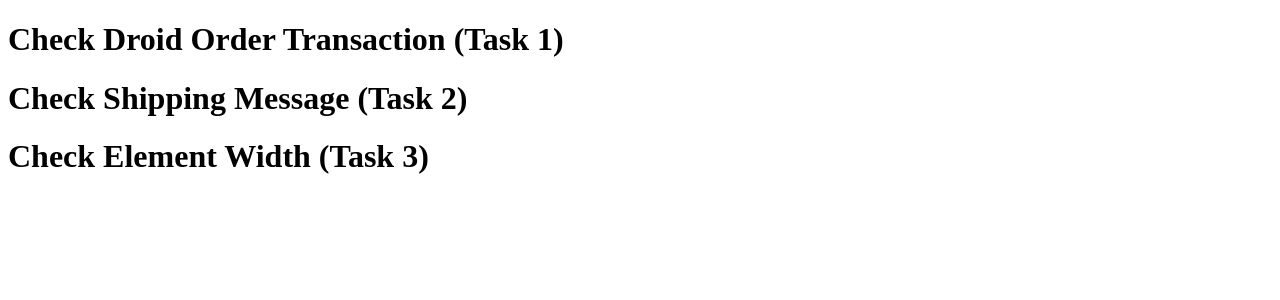
Repository: SvitSh/goit-js-hw-01
Page: js/index.html
These files come from the project's save history. The page is drawn as it stood at one moment and after the next save; the edit follows.
The browser window is 1280 px wide. The pictures show the whole page.

Above is the page before, as saved 2025-03-22 17:45:58.
Console error: ReferenceError: makeTransaction is not defined
Not found: js/goit-js-hw-01/js/task-1.js
Not found: js/goit-js-hw-01/js/task-2.js
Not found: js/goit-js-hw-01/js/task-3.js

After the next save:
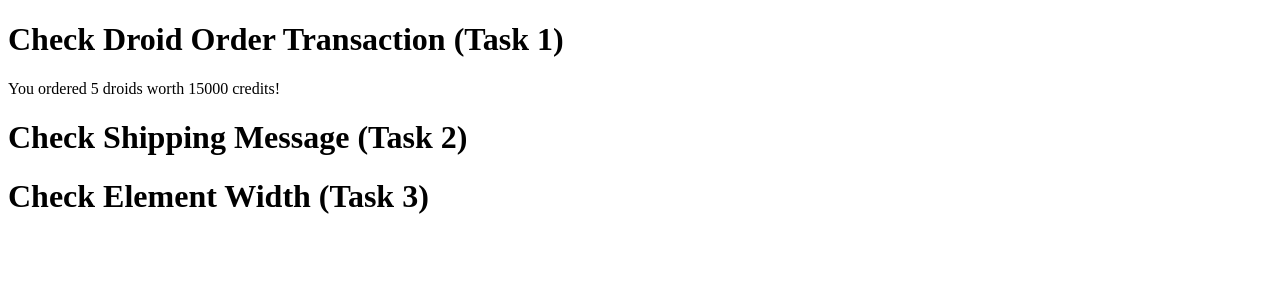
Console error: ReferenceError: getShippingMessage is not defined
Saved 117 s later.
--- a/js/index.html
+++ b/js/index.html
@@ -19,7 +19,7 @@
     <!-- Результат для Task 3 -->
 
     <!-- Подключение файлов с задачами -->
-    <script src="goit-js-hw-01/js/task-1.js"></script>
+    <script src="js/task-1.js"></script>
     <script src="goit-js-hw-01/js/task-2.js"></script>
     <script src="goit-js-hw-01/js/task-3.js"></script>
 
